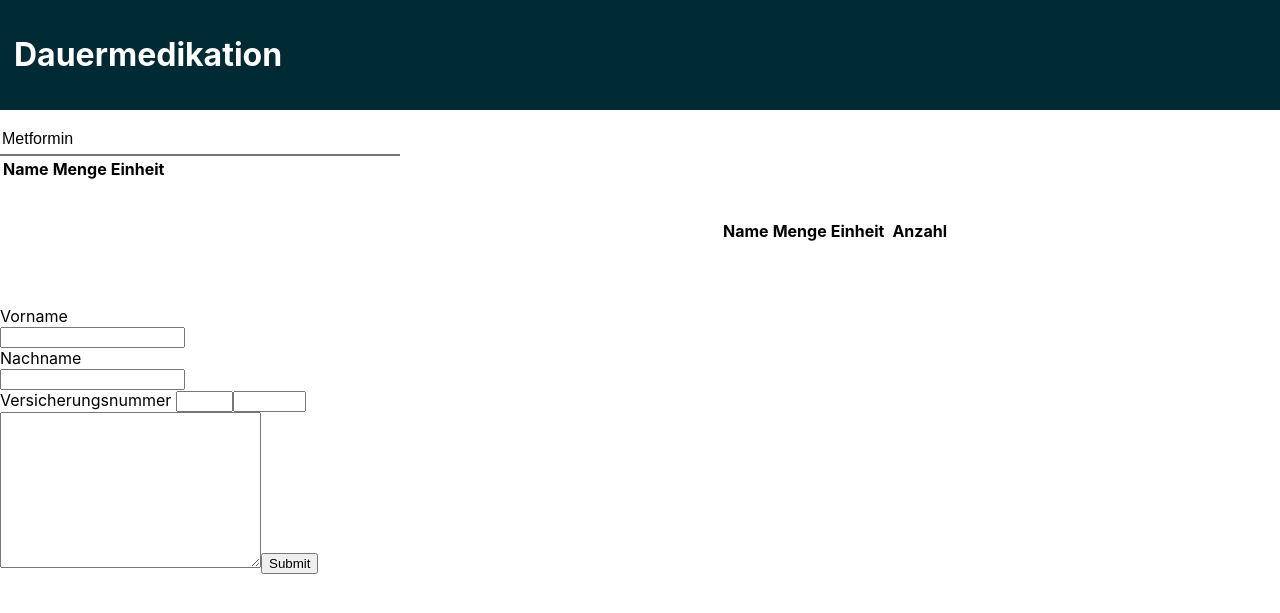
Repository: Esatollah/MedDemo
Page: / (app in client/)
An editor plug-in stored every save of this project. The page is shown before and after the next save, followed by the edit.
The browser window is 1280 px wide. The pictures show the whole page.
The page's requests for data from a server got no answer. The project was rebuilt for these pictures with package versions that can differ from the ones it lists, and the page was loaded fresh each time. No one was signed in, and anything a server would have sent is missing. Also part of the build but not shown: client/src/App.css, client/src/Routes/Bestellungen.jsx.

Above is the page before, as saved 2022-06-10 11:17:16.

### client/src/App.js
import './App.css';
import SearchBar from './Routes/Search';
import {BrowserRouter, Routes, Route} from 'react-router-dom'
import Bestellungen from './Routes/Bestellungen';
import ReactModal from 'react-modal';

ReactModal.setAppElement('#root')

function App() {
  return (
    <BrowserRouter>
    <Routes>
      <Route path='/' element={<div><SearchBar/></div>}/>
      <Route path='/bestellungen' element={<div><Bestellungen/></div>}/>
    </Routes>
    </BrowserRouter>
  );
}

export default App;

### client/src/Routes/Search.jsx
import React, { useState, useEffect } from 'react'
import DrugAPI from '../api/DrugAPI';
import Form from '../components/Form';
import Navbar from '../components/Navbar';
import { SearchWrap } from '../Styles/SearchStyles';


const Search = () => {

  const [searchinput, setSearchinput] = useState("Metformin");
  const [drugs, setDrugs] = useState([]);
  const [cartitems, setCartitems] = useState([]);

  useEffect(() => {
    const fetchData = async () => {
      try {
        const result = await DrugAPI.get(`/?drugsearch=${searchinput}`)
        setDrugs(result.data.meds)
      } catch (err) {
        console.error(err);
      }
    }

    fetchData();

  }, [searchinput])

  const handleDrugClick = (e, x) => {
    const is_in_cart = cartitems.some(y => {
      if (y.id === x.id) {
        return true;
      }

      return false;
    })

    if (is_in_cart) {
      return
    }
    let temp = { ...x, anzahl: "1" }
    setCartitems([...cartitems, temp]);
  }

  const handleDelete = (e, x, index) => {
    let temp = [...cartitems]

    temp.splice(index, 1);

    setCartitems(temp);
  }

  const handleCountchange = (e, x, index) => {
    let temps = [...cartitems]
    let temp = {
      ...temps[index],
      anzahl: e.target.value
    }
    temps[index] = temp
    setCartitems(temps);

  }


  return (
    <>
      <Navbar />
        <SearchWrap>

          <input type="search" placeholder="Suche" id="search" value={searchinput} onChange={e => setSearchinput(e.target.value)} />
          <div className='search-container'>
            <div className='table-container'>
              <table className='drugtable'>
                <thead>
                  <tr>
                    <th scope='col'>
                      Name
                    </th>
                    <th scope='col'>Menge</th>
                    <th scope='col'>Einheit</th>
                    <th scope='col'></th>
                  </tr>
                </thead>
                <tbody>
                  {drugs && drugs.map((x) => {
                    return (
                      <tr key={x.id} className="drug-row" >
                        <td className={x.name}>{x.name}</td>
                        <td>{x.menge}</td>
                        <td>{x.mengenart}</td>
                        <td><button onClick={(e) => { handleDrugClick(e, x) }}>+</ button></td>
                      </tr>
                    )
                  })}
                </tbody>

              </table>
            </div>

            <div className='cart-container'>
              <table>
                <thead>
                  <tr>
                    <th scope='col'>
                      Name
                    </th>
                    <th scope='col'>Menge</th>
                    <th scope='col'>Einheit</th>
                    <th scope='col'></th>
                    <th scope='col'>Anzahl</th>
                  </tr>
                </thead>
                <tbody>
                  {cartitems && cartitems.map((x, index) => {
                    if (x.abgabezahl) {
                      return (
                        <tr key={index} className="drug-row" >
                          <td>{x.name}</td>
                          <td>{x.menge}</td>
                          <td>{x.mengenart}</td>
                          <td><button onClick={(e) => handleDelete(e, x, index)}>-</button></td>
                          <td><select onChange={(e) => { handleCountchange(e, x, index) }}><option value="1">1</option><option value="2">2</option></select></td>
                        </tr>
                      )
                    }
                    return (
                      <tr key={index} className="drug-row" >
                        <td>{x.name}</td>
                        <td>{x.menge}</td>
                        <td>{x.mengenart}</td>
                        <td><button onClick={(e) => handleDelete(e, x, index)}>-</button></td>
                        <td>1</td>
                      </tr>
                    )
                  })}
                </tbody>
              </ table>
            </div>
          </div>
        </SearchWrap>

      <Form cartitems={cartitems} setCartitems={setCartitems} />
    </>
  )
}

export default Search

### client/src/api/DrugAPI.js
import axios from 'axios'

export default axios.create({
    baseURL: "http://localhost:5000/api"
})

### client/src/components/Form.jsx
import React, {useState}from 'react'
import DrugAPI from '../api/DrugAPI'

const Form = props => {

    const [fname, setFname] = useState('');
    const [lname, setLname] = useState('');
    const [vpin, setVpin] = useState('');
    const [vbday, setVbday] = useState('');
    const [anmerkungen, setAnmerkungen] = useState('');

    const handleSubmit = (e) => {

        e.preventDefault();
        const formdata = {
            fname,
            lname,
            vpin,
            vbday,
            anmerkungen
        }

        const fetchData = async () =>{
            try {
            await DrugAPI.post("/", {drugs:{...props.cartitems}, ...formdata})
            } catch (error) {
                console.error(error);
            }
    }

    fetchData();

    setFname('');setLname('');setVpin('');setVbday('');setAnmerkungen('');
    props.setCartitems([]);

}


  return (
    <div>
        <form onSubmit={(e) =>handleSubmit(e)}>
            <label htmlFor="fname">Vorname</label><br/>
            <input type="text" value={fname} id="fname" name="fname" onChange={(e)=> setFname(e.target.value)}required/><br/>
            <label htmlFor="lname">Nachname</label><br />
            <input type="text" id="lname" value={lname} onChange={(e) => setLname(e.target.value)}name="lname" required /><br/>
            <label htmlFor="pin">Versicherungsnummer  </label>
            <input type="text" id="pin" value={vpin} onChange={(e) => setVpin(e.target.value)} name="pin" size="4" minLength="4"maxLength="4" required/>
            <input type="text" id="bday" value={vbday} onChange={(e) => setVbday(e.target.value)} name="bday" size="6" minLength={6} maxLength={6} required/> <br/>
            <textarea value={anmerkungen} onChange={(e) => setAnmerkungen(e.target.value)} name="message" rows="10" cols="30" className='textarea'>
            </textarea>
            <input type="submit" value="Submit" ></input><br />
        </form>
    </div>

  )
}

export default Form

### client/src/components/Navbar.jsx
import React from 'react'
import { NavWrap } from '../Styles/NavbarStyles'
const Navbar = () => {
  return (
    <NavWrap>
        <h1>Dauermedikation</h1>
    </NavWrap>
  )
}

export default Navbar

### client/src/Styles/SearchStyles.js
import styled from 'styled-components';

export const SearchWrap = styled.div`

    display: flex;
    flex-direction: column;
    align-content: center;

    @media(min-width: 1000px) {
             width: 1000px;
         }
    #search {
    width:50%;
    height: 2rem;
    outline:none;
    border-top: hidden;
    border-right: hidden;
    border-left: hidden;
    font-size: 1rem;@media(min-width: 1000px) {
             width: 40%;
         }
}

.table-container {
    max-height: 200px;
    max-width: 80%;
    min-width:80%;
    overflow-y: auto;
}


.drug-row:hover {
    background-color: beige;
}

.search-container {
    width: 90%;
    min-width: 90%;

    @media(min-width: 1000px) {
        display:flex;
        flex-flow: row ;
        align-items: center;
    }
    .table-container {
        width :100%;
        height: 150px;

         @media(min-width: 1000px) {
             width: 40%;
         }
    }

    .cart-container {
        width: 100%;
        @media(min-width: 1000px) {
             width: 60%;
         }

    }

}

`;

### client/src/Styles/NavbarStyles.js
import styled from "styled-components"

export const NavWrap = styled.div`
    width:100%;
    padding: 14px 0;
    background-color: #002b34;
    margin-bottom: 14px;
    h1 {
        margin-left: 14px;
        color: #fff
    }
`;

Loaded but not shown: client/public/index.html (common file); client/src/index.js (common file); client/src/index.css (common file)

After the next save:
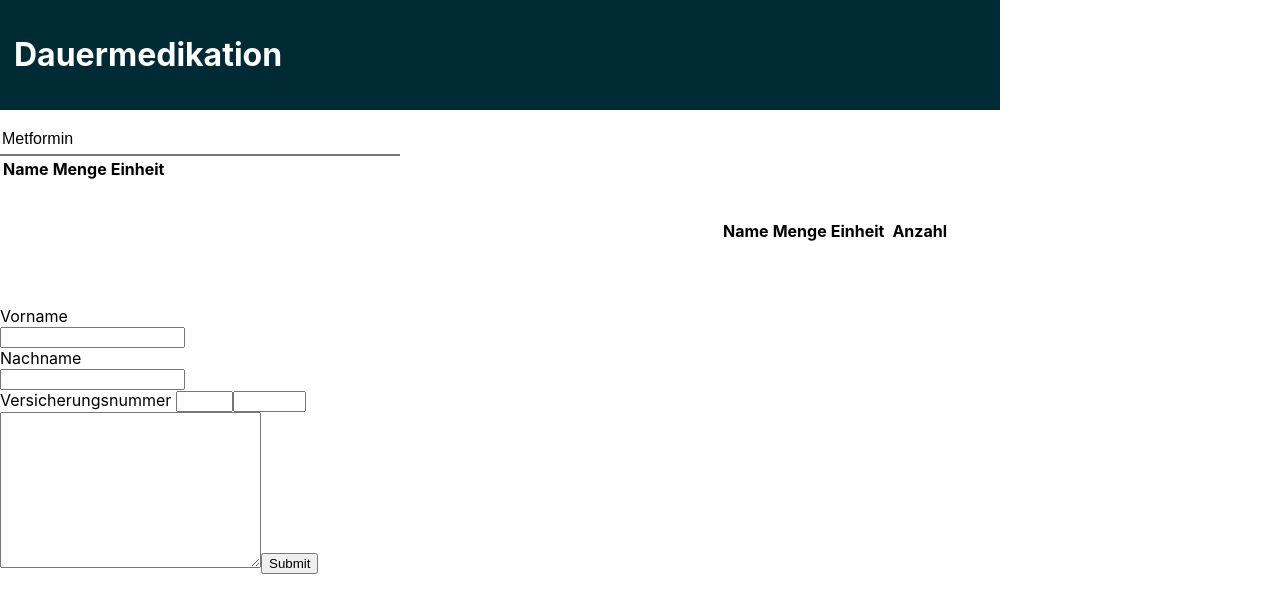
Saved 54 s later.
--- a/client/src/Routes/Search.jsx
+++ b/client/src/Routes/Search.jsx
@@ -62,9 +62,8 @@ const Search = () => {
 
 
   return (
-    <>
+        <SearchWrap>
       <Navbar />
-        <SearchWrap>
 
           <input type="search" placeholder="Suche" id="search" value={searchinput} onChange={e => setSearchinput(e.target.value)} />
           <div className='search-container'>
@@ -136,10 +135,9 @@ const Search = () => {
               </ table>
             </div>
           </div>
-        </SearchWrap>
 
       <Form cartitems={cartitems} setCartitems={setCartitems} />
-    </>
+        </SearchWrap>
   )
 }
 

After the save that followed:
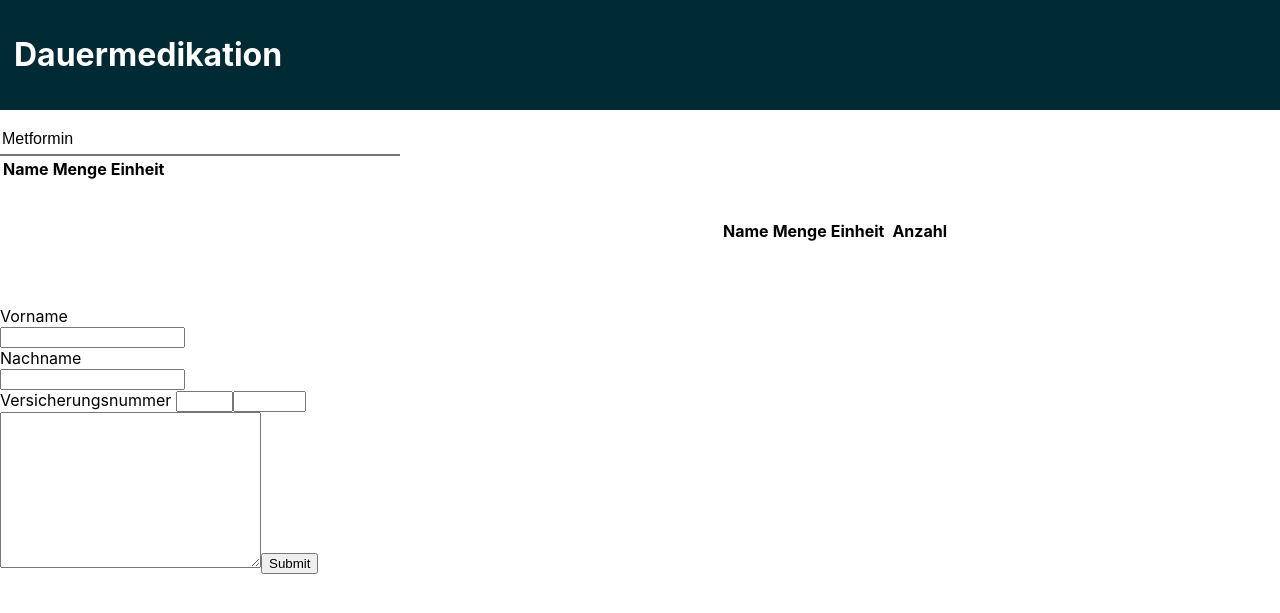
Saved 18 s later.
--- a/client/src/Routes/Search.jsx
+++ b/client/src/Routes/Search.jsx
@@ -62,8 +62,9 @@ const Search = () => {
 
 
   return (
+    <>
+      <Navbar />
         <SearchWrap>
-      <Navbar />
 
           <input type="search" placeholder="Suche" id="search" value={searchinput} onChange={e => setSearchinput(e.target.value)} />
           <div className='search-container'>
@@ -135,9 +136,10 @@ const Search = () => {
               </ table>
             </div>
           </div>
+        </SearchWrap>
 
       <Form cartitems={cartitems} setCartitems={setCartitems} />
-        </SearchWrap>
+    </>
   )
 }
 
